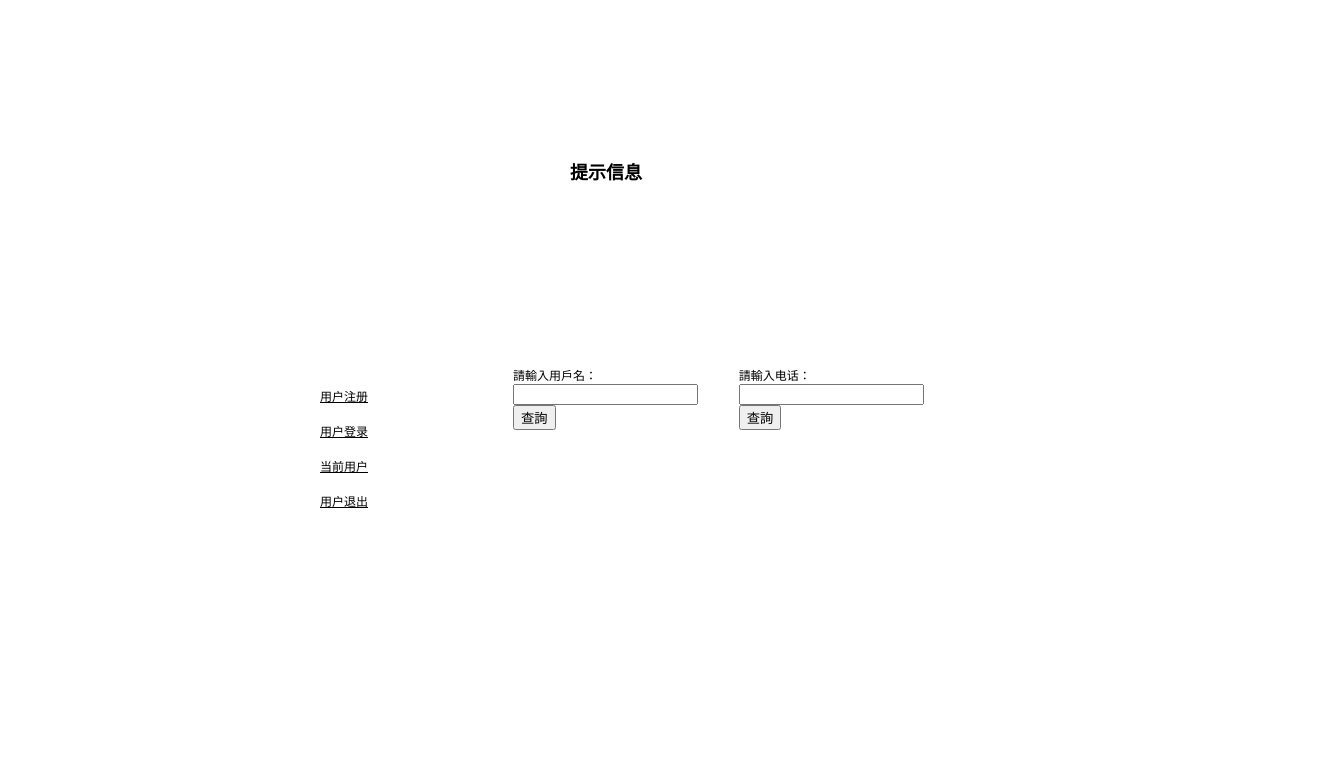
Repository: Daoshun/WorkSpace
Page: http://localhost/LoginUser/queryUserList.jsp
An editor plug-in stored every save of this project. The page is shown before and after the next save, followed by the edit.
The browser window is 1280 px wide. The page is 1330 px wide, so the pictures cover 1330 px, including what lies to the right of the window. The pictures show the whole page.
The page is served by Tomcat 9. Other server files are loaded and not shown.

Above is the page before, as saved 2019-08-08 07:42:24.

### LoginUser/WebContent/queryUserList.jsp
<%@ page language="java" contentType="text/html" pageEncoding="GBK" import="java.util.*"%>
<%@ page import="com.user.User"%>
<!DOCTYPE HTML PUBLIC "-//W3C//DTD HTML 4.01 Transitional//EN">
<html>
<head>
<title>用戶信息列表</title>
<link rel="stylesheet" type="text/css" href="images/styles.css">
</head>

<body>
	<div align="center">
		<div class="div1">
			<div class="top">提示信息</div>
			<div class="bottom">
				<div class="div2">
					<ul>
						<li><a href="reg.jsp">用户注册</a></li>
						<li><a href="login.jsp">用户登录</a></li>
						<li><a href="message.jsp">当前用户</a></li>
						<li><a href="ExitServlet">用户退出</a></li>
					</ul>
				</div>
				<div class="div3">
					<form action="QueryServlet">
					<table>
					  <tr>
					     <td>請輸入用戶名：<input type="text" name="qusername" value=""><input type="submit" value="查詢"></td>
					     <td>請輸入电话：<input type="text" name="qtel" value=""><input type="submit" value="查詢"></td>
					  </tr>
					</table>
					</form>
					<%
					        List<User> userList = new ArrayList<User>() ;

					        if(session.getAttribute("userList")!=null){
					        	userList=(ArrayList)session.getAttribute("userList");
					        }

					        if(userList.size()>0){
					        %>
					     <table align="center" width="350" border="1" height="200"
						bordercolor="#E8F4CC">
					     <tr>
							<td align="center"><span style="font-weight: bold; font-size: 18px;">用戶名</td>
				     		<td align="center"><span style="font-weight: bold; font-size: 18px;">密碼</td>
						</tr>
					      <%

					      Iterator<User> iter = userList.iterator();
							//遍历输出所有用户信息
							while(iter.hasNext()) {
								User user = iter.next();
								 %>
						<tr>
							<td align="center"><span style="font-weight: bold; font-size: 18px;"><%=user.getUsername()%></td>
				     		<td align="center"><span style="font-weight: bold; font-size: 18px;"><%=user.getPassword()%></td>
						</tr>
								 <%
							}
							%>
								</table>
							<%
							}
					      %>
				</div>
			</div>
		</div>
	</div>
</body>
</html>

### LoginUser/WebContent/images/styles.css
body {
	margin: 0px;
	font-size: 12px;
}
td{
	font-size: 12px;
}
.div1{
	width: 760px;
	height: 600px;
	text-align: left;
}
.tb1{
	left: 488px;
	top: 219px;
}
.top{
	width: 760px;
	height: 175px;
	padding-top: 158px;
	padding-left: 310px;
	font-size: 18px;
	font-weight: bold;
}
.bottom{
	width: 760px;
	height: 425px;
}
.div2{
	width: 120px;
	height: 120px;
	float: left;
	margin-top: 42px;
	padding-left: 20px;
}
.div2 ul li{
	margin-bottom: 17px;
	list-style-type: none;
}
.div3{
	margin-top: 30px;
	width: 450px;
	float: right;
	height:200px;
	margin-right:60px;
	text-align: center;
}
a:link{
font-family:Verdana;
font-size:12px;
color:black;
text-decoration: underline;
}
a:hover{
font-family:Verdana;
font-size:12px;
color:red;
text-decoration:none;
}
a:actice{
font-family:Verdana;
font-size:12px;
color:red;
text-decoration:none;
}
a:visited{
font-family:Verdana;
font-size:12px;
color:black;
text-decoration: underline;
}

After the next save:
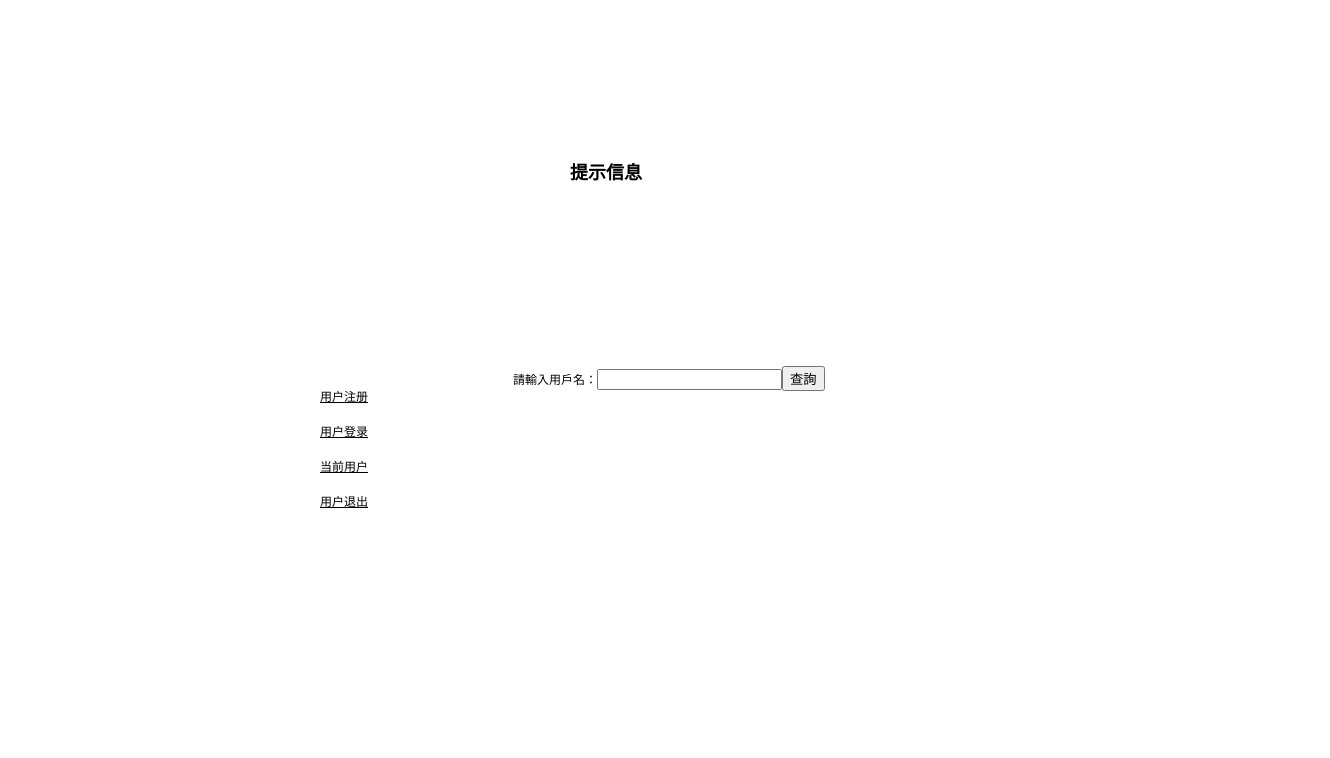
Saved 66 s later.
--- a/LoginUser/WebContent/queryUserList.jsp
+++ b/LoginUser/WebContent/queryUserList.jsp
@@ -6,7 +6,17 @@
 <title>用戶信息列表</title>
 <link rel="stylesheet" type="text/css" href="images/styles.css">
 </head>
-
+<%
+    	// 获取提示信息
+		String info = (String)session.getAttribute("info");
+    	// 如果提示信息不为空，则输出提示信息
+    	System.out.println(info);
+		if(info != null){
+			out.println("<script type=text/javascript>");
+			out.println("alert('"+info+"')");
+			out.println("</script>");
+		}
+%>
 <body>
 	<div align="center">
 		<div class="div1">
@@ -25,7 +35,6 @@
 					<table>
 					  <tr>
 					     <td>請輸入用戶名：<input type="text" name="qusername" value=""><input type="submit" value="查詢"></td>
-					     <td>請輸入电话：<input type="text" name="qtel" value=""><input type="submit" value="查詢"></td>
 					  </tr>
 					</table>
 					</form>
@@ -41,8 +50,11 @@
 					     <table align="center" width="350" border="1" height="200"
 						bordercolor="#E8F4CC">
 					     <tr>
+						    <td align="center"><span style="font-weight: bold; font-size: 18px;">用戶ID</td>
 							<td align="center"><span style="font-weight: bold; font-size: 18px;">用戶名</td>
 				     		<td align="center"><span style="font-weight: bold; font-size: 18px;">密碼</td>
+				     		<td align="center"><span style="font-weight: bold; font-size: 18px;">修改</td>
+				     		<td align="center"><span style="font-weight: bold; font-size: 18px;">刪除</td>
 						</tr>
 					      <%
 
@@ -52,16 +64,23 @@
 								User user = iter.next();
 								 %>
 						<tr>
+						    <td align="center"><span style="font-weight: bold; font-size: 18px;"><%=user.getId()%></td>
 							<td align="center"><span style="font-weight: bold; font-size: 18px;"><%=user.getUsername()%></td>
 				     		<td align="center"><span style="font-weight: bold; font-size: 18px;"><%=user.getPassword()%></td>
+				     		<td align="center"><span style="font-weight: bold; font-size: 18px;"><a href="QueryUserServlet?id=<%=user.getId()%>">修改</a></td>
+				     		<td align="center"><span style="font-weight: bold; font-size: 18px;"><a href="DeleServlet?id=<%=user.getId()%>">刪除</a></td>
 						</tr>
 								 <%
 							}
+
 							%>
 								</table>
 							<%
 							}
+
 					      %>
+
+
 				</div>
 			</div>
 		</div>
